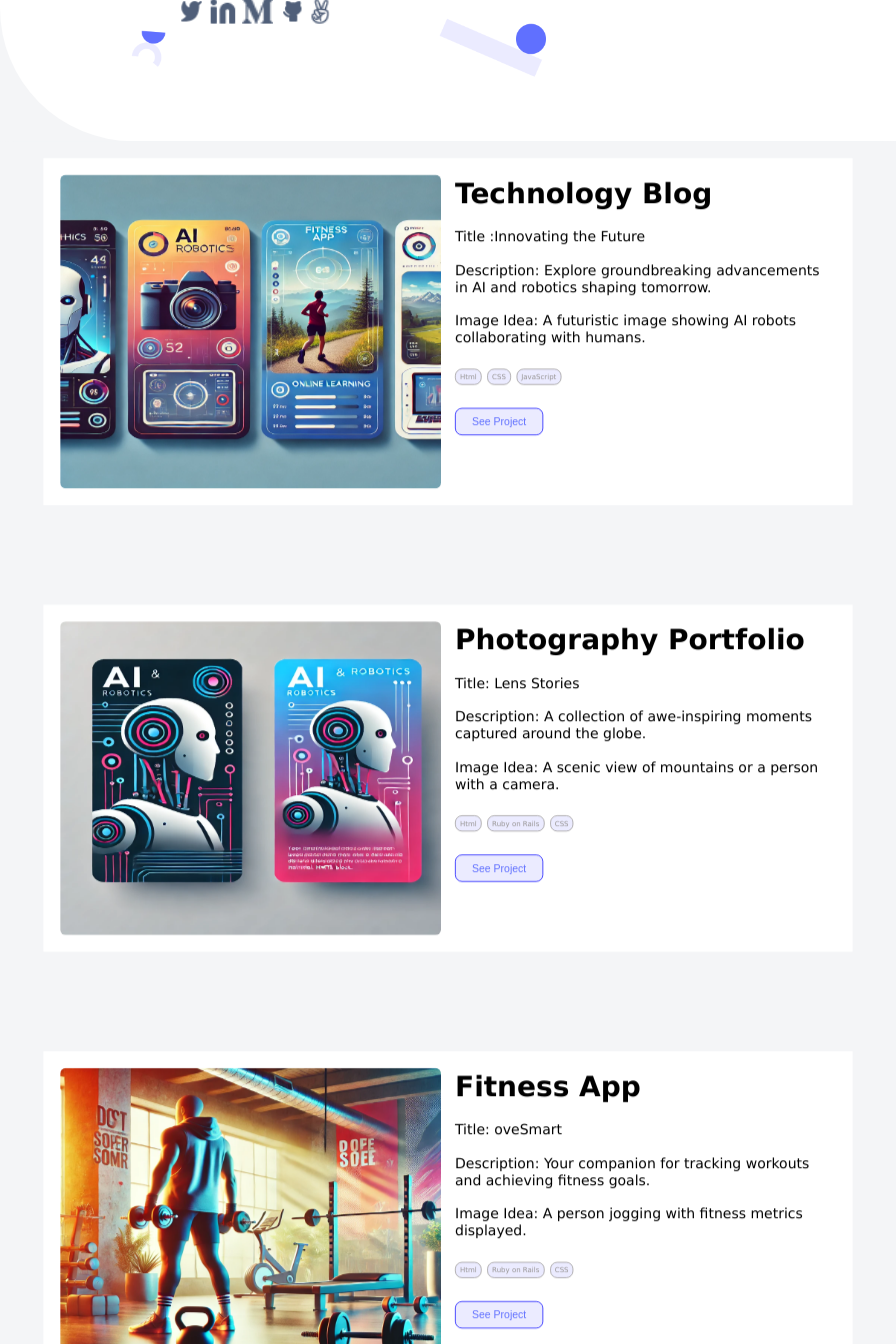
Repository: usman3123/portfolio-template-3
Page: index.html
The author's editor kept a copy of each file at every save. The page is drawn from the files as they stood at one save, then again after the next save.
The browser window is 1280 px wide. The pictures show the part of the page from y = 644 to 2564 px (the page is 4613 px tall before and 2203 px after), at 70% of full size.
Some web libraries are served in a nearby version.

Above is the page before, as saved 2025-02-20 14:17:01.

After the next save:
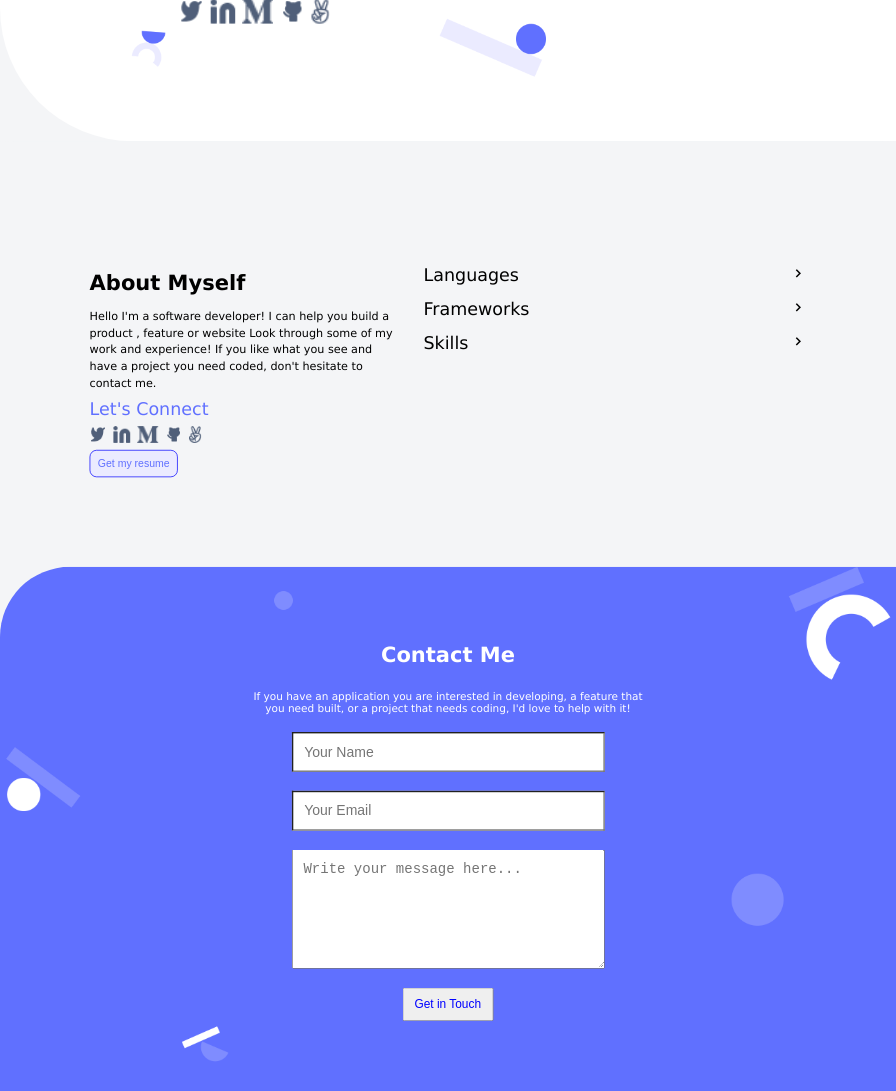
Console error: SyntaxError: Identifier 'frameicon' has already been declared
Saved 18 s later.
--- a/index.js
+++ b/index.js
@@ -175,7 +175,7 @@
     });
 
     const displayframeworks = document.querySelector(".about-lang-frameworks");
-    const frameicon = document.querySelector(".frame-icon");
+    const frameicon = document.querySelector(".skill-icon");
     const ficon = document.querySelector(".ficon");
 
     frameicon.addEventListener("click", () => {
@@ -188,6 +188,22 @@
       frameicon.classList.remove("remove");
       ficon.classList.add("remove");
       displayframeworks.classList.remove("block");
+    });
+
+    const displayskills = document.querySelector(".about-lang-skills");
+    const frameicon = document.querySelector(".frame-icon");
+    const ficon = document.querySelector(".ficon");
+
+    frameicon.addEventListener("click", () => {
+      frameicon.classList.add("remove");
+      ficon.classList.remove("remove");
+      displayskills.classList.add("block");
+    });
+
+    ficon.addEventListener("click", () => {
+      frameicon.classList.remove("remove");
+      ficon.classList.add("remove");
+      displayskills.classList.remove("block");
     });
   })
 

After the save that followed:
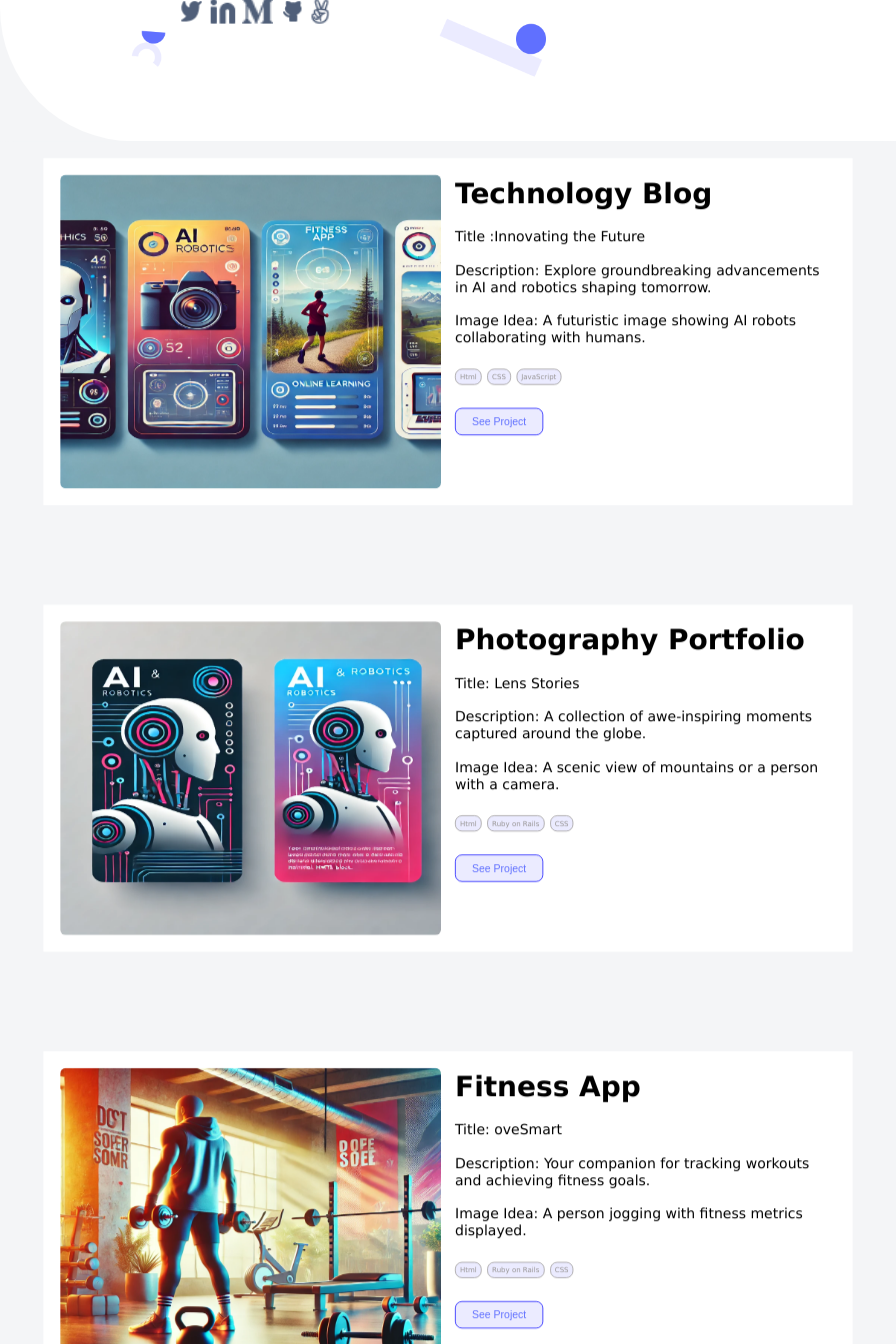
The error is gone.
Saved 93 s later.
--- a/index.js
+++ b/index.js
@@ -175,7 +175,7 @@
     });
 
     const displayframeworks = document.querySelector(".about-lang-frameworks");
-    const frameicon = document.querySelector(".skill-icon");
+    const frameicon = document.querySelector(".frame-icon");
     const ficon = document.querySelector(".ficon");
 
     frameicon.addEventListener("click", () => {
@@ -191,18 +191,18 @@
     });
 
     const displayskills = document.querySelector(".about-lang-skills");
-    const frameicon = document.querySelector(".frame-icon");
-    const ficon = document.querySelector(".ficon");
-
-    frameicon.addEventListener("click", () => {
-      frameicon.classList.add("remove");
-      ficon.classList.remove("remove");
+    const skillicon = document.querySelector(".skill-icon");
+    const sicon = document.querySelector(".sicon");
+
+    skillicon.addEventListener("click", () => {
+      skillicon.classList.add("remove");
+      sicon.classList.remove("remove");
       displayskills.classList.add("block");
     });
 
-    ficon.addEventListener("click", () => {
-      frameicon.classList.remove("remove");
-      ficon.classList.add("remove");
+    sicon.addEventListener("click", () => {
+      skillicon.classList.remove("remove");
+      sicon.classList.add("remove");
       displayskills.classList.remove("block");
     });
   })
